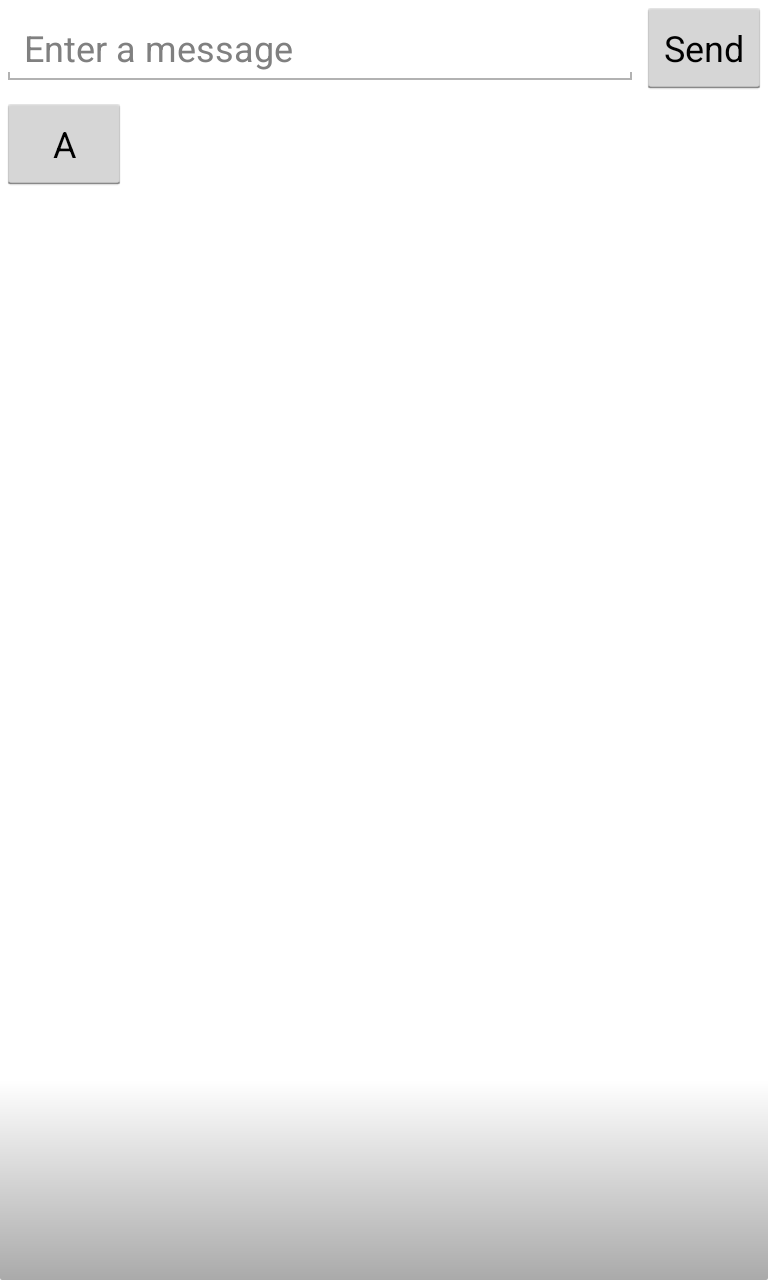
Repository: Jwonsever/AndroidPiano
Layout: HelloWorld/res/layout/activity_main.xml
The author's editor kept a copy of each file at every save. The layout is drawn from the files as they stood at one save, then again after the next save.
It is drawn on a 768 x 1280 px phone screen (xhdpi) without system bars, with theme AppTheme; the app's code is not run.

Above is the layout before, as saved 2013-11-08 02:36:37.

After the next save:
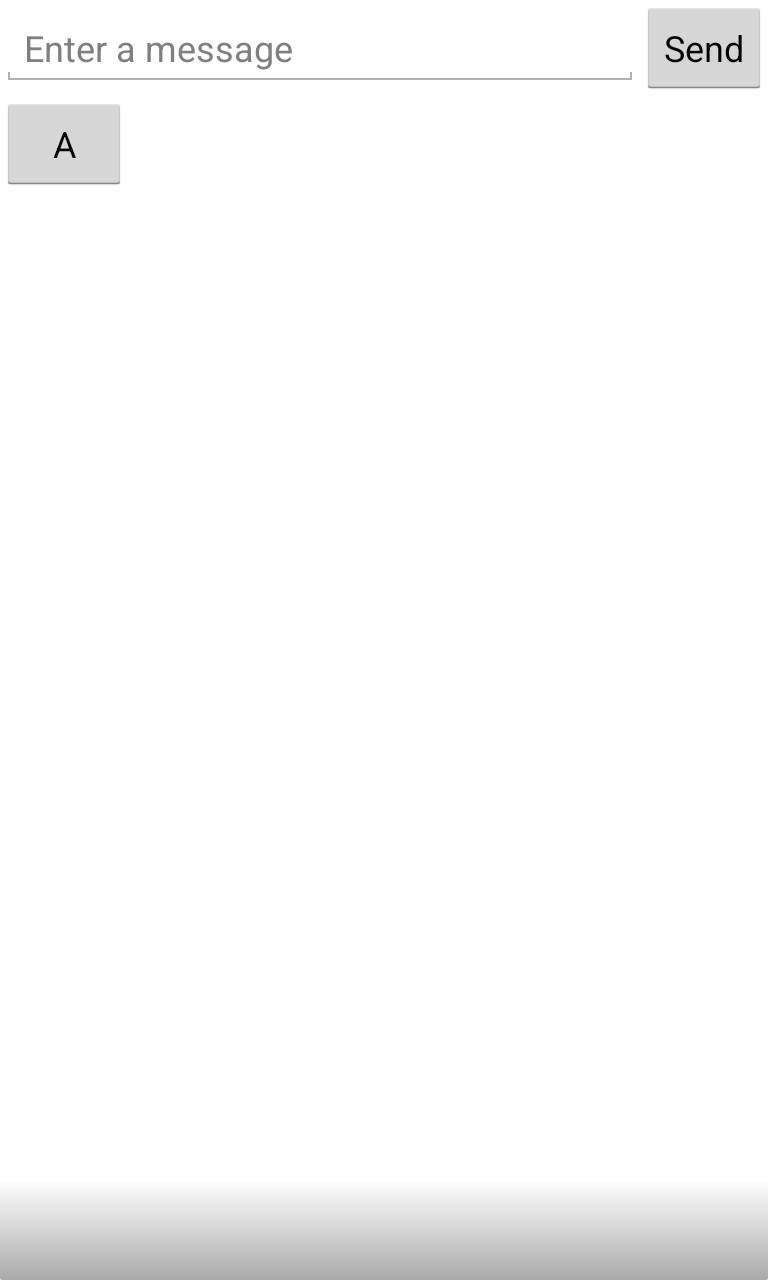
Saved 3 min 7 s later.
--- a/HelloWorld/res/layout/activity_main.xml
+++ b/HelloWorld/res/layout/activity_main.xml
@@ -35,9 +35,9 @@
         android:text="@string/a_note" />
 
     <LinearLayout
-        android:id="@+id/piano_key"
+        android:id="@+id/piano_key_c"
         android:layout_width="100dp"
-        android:layout_height="100dp"
+        android:layout_height="50dp"
         android:layout_alignParentBottom="true"
         android:layout_alignParentLeft="true"
         android:layout_alignParentRight="true"
